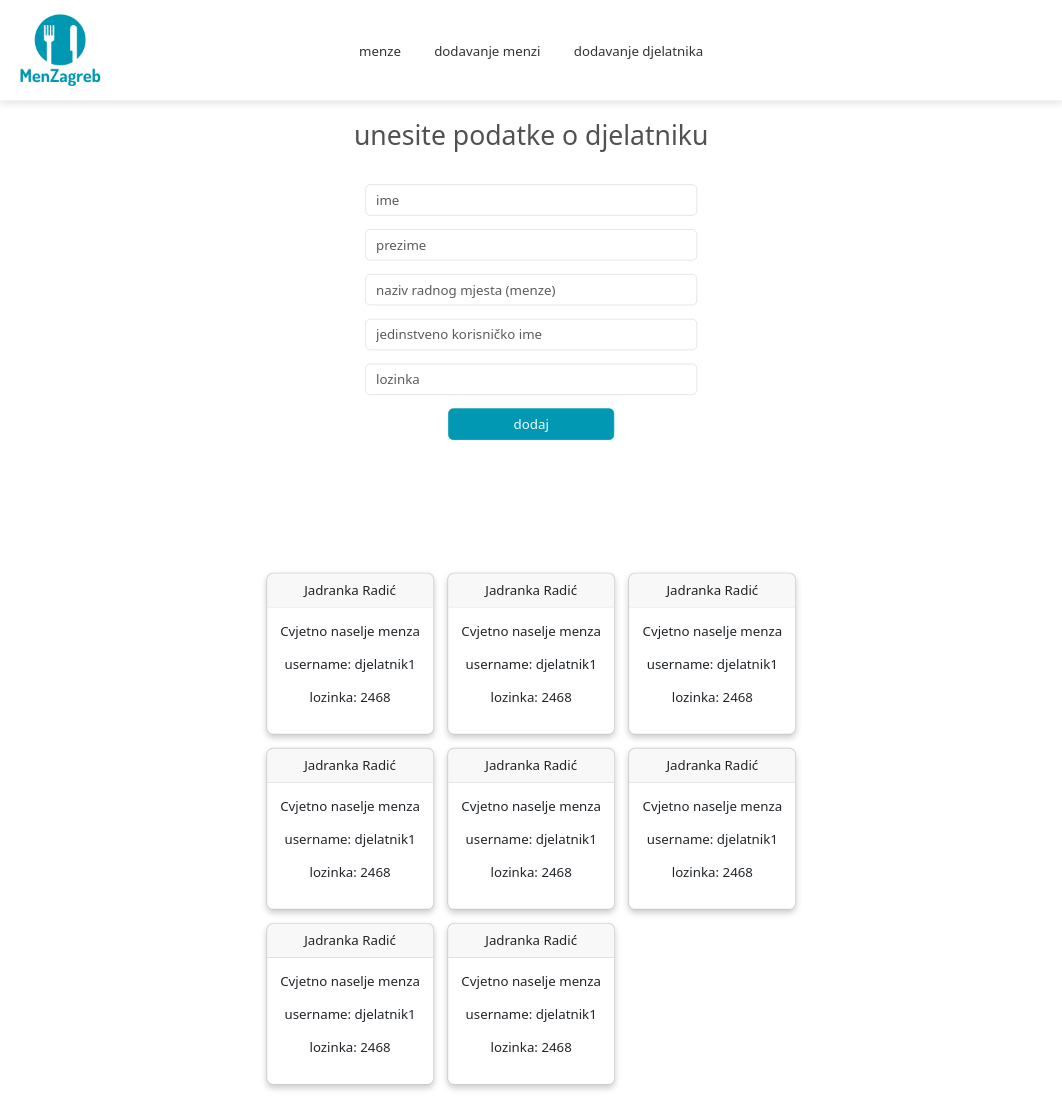
Repository: MENZG/menZg
Page: /admin/dodajDjelatnika (app in IzvorniKod/)
An editor plug-in stored every save of this project. The page is shown before and after the next save, followed by the edit.
The browser window is 1280 px wide. The pictures show the whole page, at 83% of full size.
The project was rebuilt for these pictures with package versions that can differ from the ones it lists, and the page was loaded fresh each time. Also part of the build but not shown: IzvorniKod/vite.config.ts, IzvorniKod/src/Components/LoginForm.tsx, IzvorniKod/src/Components/AdminLogin.tsx, IzvorniKod/src/Components/EmployeeLogin.tsx, IzvorniKod/src/Components/NavBar.tsx, IzvorniKod/src/Components/ListaMenza.tsx, IzvorniKod/src/Components/Profil.tsx, IzvorniKod/src/Components/AddMenza.tsx and 5 more.

Above is the page before, as saved 2024-11-07 14:03:02.

After the next save:
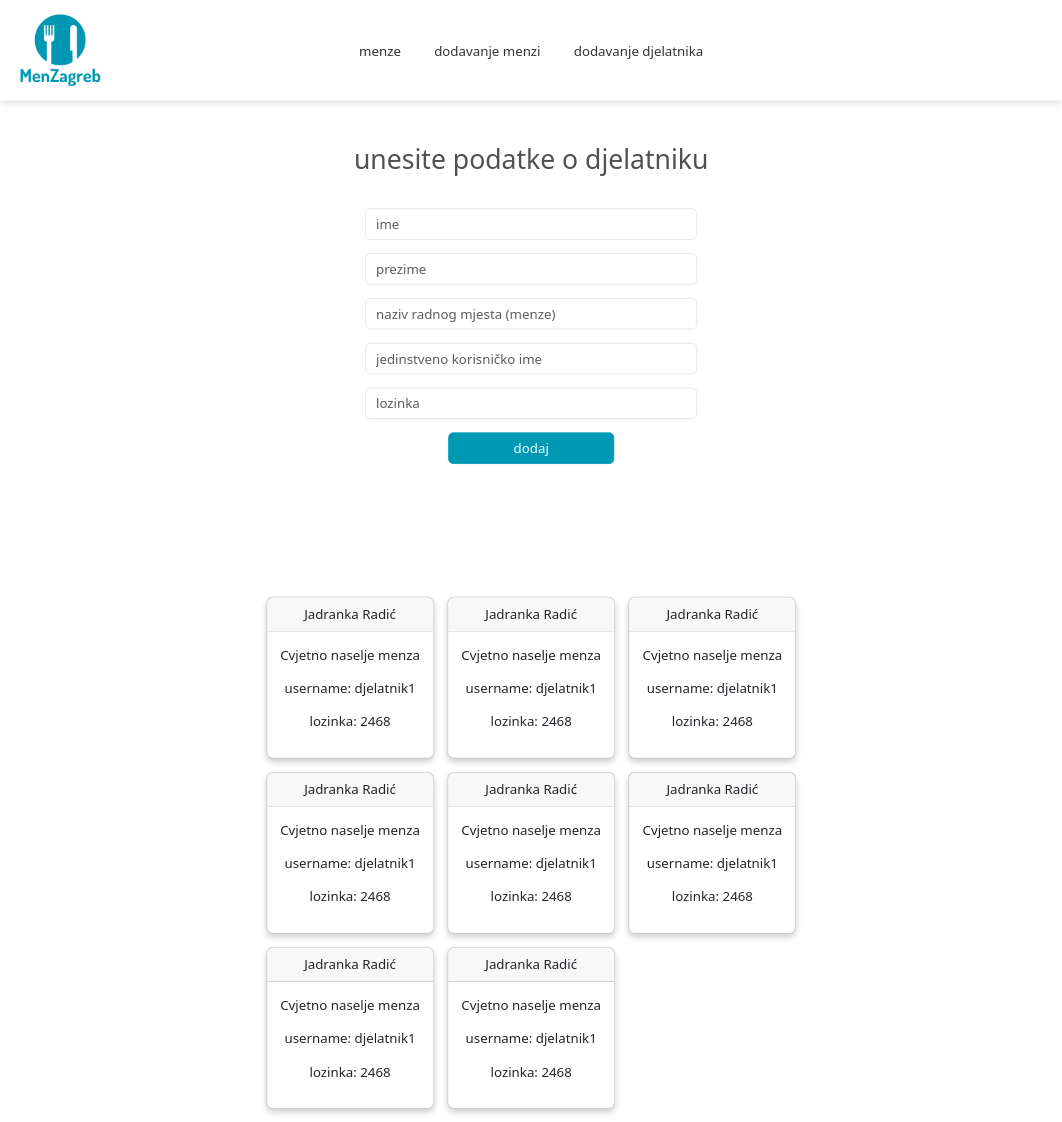
Saved 20 s later.
--- a/IzvorniKod/src/styles/AddEmployee.css
+++ b/IzvorniKod/src/styles/AddEmployee.css
@@ -4,7 +4,7 @@
     align-items: center; /* Centers the children horizontally */
     justify-content: center; /* Centers the children vertically, if needed */
     text-align: center;
-    padding-top: 20vh;
+    padding-top: 24vh;
 }
 
 .h2{
